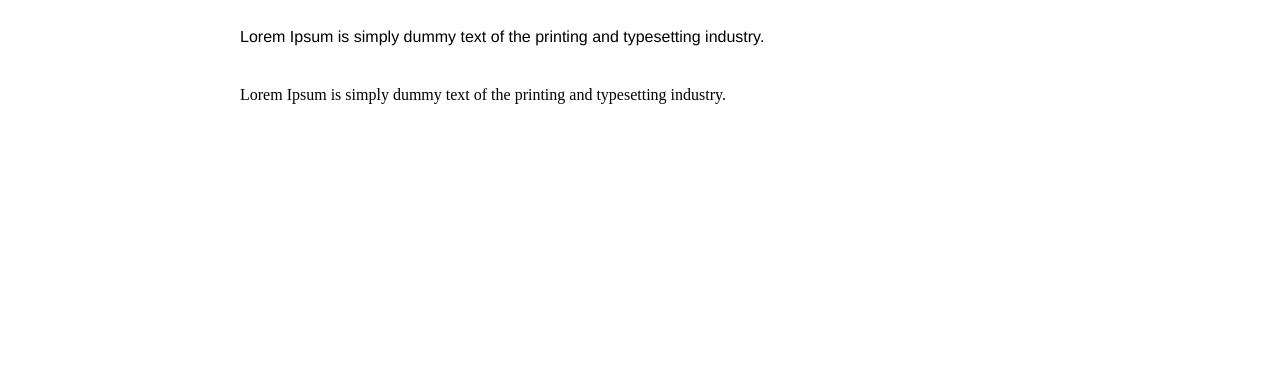
Repository: luna2222/web
Page: 01HTML5/WebContent/[11강]CSS3속성3/11_01_01.html
These files come from the project's save history. The page is drawn as it stood at one moment and after the next save; the edit follows.
The browser window is 1280 px wide. The pictures show the whole page.

Above is the page before, as saved 2019-02-20 04:49:52.

After the next save:
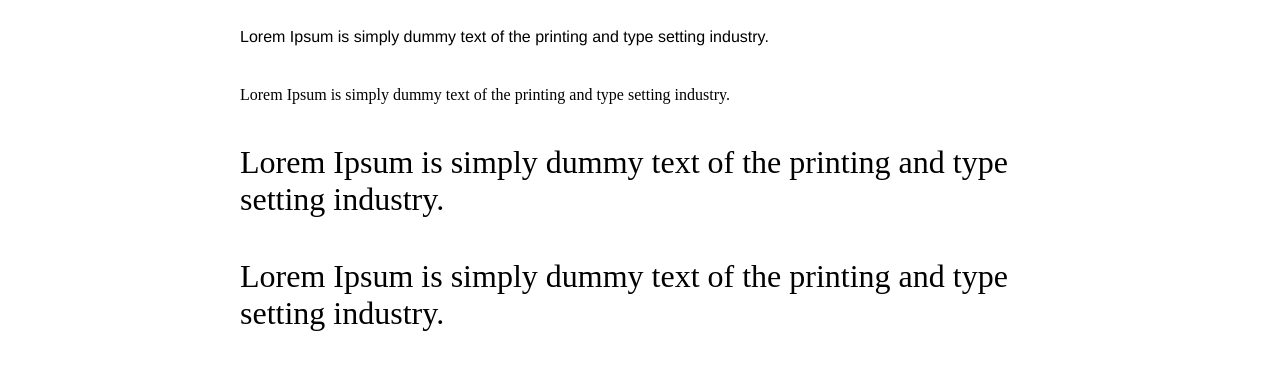
Saved 99 s later.
--- a/01HTML5/WebContent/[11강]CSS3속성3/11_01_01.html
+++ b/01HTML5/WebContent/[11강]CSS3속성3/11_01_01.html
@@ -29,11 +29,17 @@
 </head>
 <body>
 	<div>
-	Lorem Ipsum is simply dummy text of the printing and typesetting industry.
+	Lorem Ipsum is simply dummy text of the printing and type setting industry.
 	</div>
 
 	<div>
-	Lorem Ipsum is simply dummy text of the printing and typesetting industry.
+	Lorem Ipsum is simply dummy text of the printing and type setting industry.
+	</div>
+	<div>
+	Lorem Ipsum is simply dummy text of the printing and type setting industry.
+	</div>
+	<div>
+	Lorem Ipsum is simply dummy text of the printing and type setting industry.
 	</div>
 </body>
 </html>
